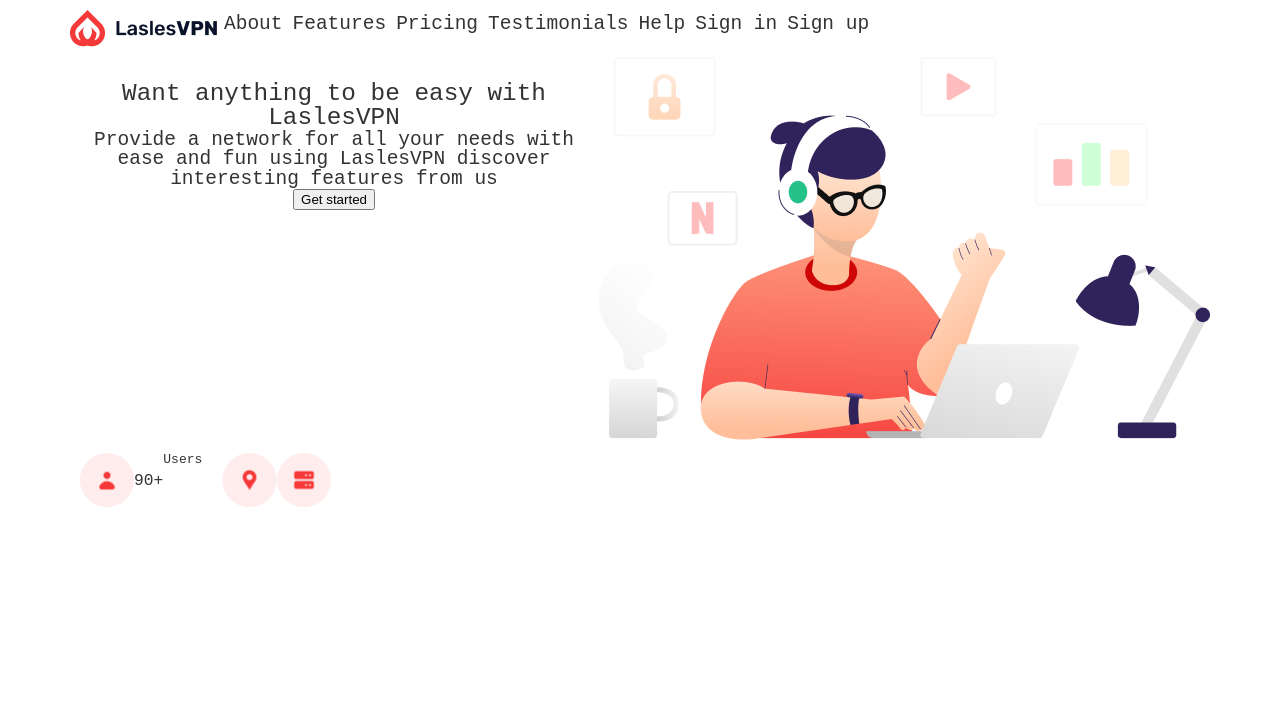
Repository: RaphaelMatheus-br/LP-251123
Page: index.html
These files come from the project's save history. The page is drawn as it stood at one moment and after the next save; the edit follows.
The browser window is 1280 px wide. The pictures show the whole page.

Above is the page before, as saved 2023-11-25 12:27:06.

### index.html
<!DOCTYPE html>
<html lang="en">

<head>
    <meta charset="UTF-8">
    <meta name="viewport" content="width=device-width, initial-scale=1.0">
    <title>Document</title>
    <link rel="stylesheet" href="style.css">
</head>

<body>

<section class="container flex">
    <img src="./imagens/Logo.png" alt="logo">
	<div class="item">About</div>
	<div class="item">Features</div>
	<div class="item">Pricing</div>
	<div class="item">Testimonials</div>
	<div class="item">Help</div>
	<div class="item">Sign in</div>
    <div class="item">Sign up</div>
</section>

<section class="container flex">
    <div class="item">
        <h1 class="sobre__titulo">Want anything to be easy with LaslesVPN</h1>
        <p class="sobre__descricao">Provide a network for all your needs with ease and fun using LaslesVPN discover interesting features from us</p>
        <button class="sobre__botao">Get started</button>
    </div>
    <div class="img">
        <img src="./imagens/Illustration 1.png" alt="ilutracao__1">
    </div>
</section>

<section class="container rectangle">
    <div class="icons">
        <div class="user">
            <img src="./imagens/user.png" alt="user__img">
            <h1 class="sobre__user">90+</h1>
            <p class="p__user">Users</p>
        </div>
	    <img src="./imagens/location.png" alt="location">
	    <img src="./imagens/Server.png" alt="server">
    </div>
</section>

</body>
</html>

### style.css
html, body, div, span, applet, object, iframe,
h1, h2, h3, h4, h5, h6, p, blockquote, pre,
a, abbr, acronym, address, big, cite, code,
del, dfn, em, img, ins, kbd, q, s, samp,
small, strike, strong, sub, sup, tt, var,
b, u, i, center,
dl, dt, dd, ol, ul, li,
fieldset, form, label, legend,
table, caption, tbody, tfoot, thead, tr, th, td,
article, aside, canvas, details, embed,
figure, figcaption, footer, header, hgroup,
menu, nav, output, ruby, section, summary,
time, mark, audio, video {
	margin: 0;
	padding: 0;
	border: 0;
	font-size: 100%;
	font: inherit;
	vertical-align: baseline;
    background: white;
}
/* HTML5 display-role reset for older browsers */
article, aside, details, figcaption, figure,
footer, header, hgroup, menu, nav, section {
	display: block;
}
body {
	line-height: 1;
}

ol, ul {
	list-style: none;
}
blockquote, q {
	quotes: none;
}
blockquote:before, blockquote:after,
q:before, q:after {
	content: '';
	content: none;
}
table {
	border-collapse: collapse;
	border-spacing: 0;
}

.container {
    max-width: 1140px;
    margin: 0 auto;
    position: relative;
    padding-top: 10px;
}

/* Flex */
.flex {
	display: flex;
}

.flex-wrap {
	flex-wrap: wrap;
}

.flex-item-1 {
	flex: 1;
}

/* Flex Item */
.item {
	margin: 5px;
	text-align: center;
	font-size: 1.5em;
}

h1 {
	text-align: center;
	margin: 20px 0 0 0;
	font-size: 1.25em;
	font-weight: normal;
}

body {
	font-family: monospace;
	color: #333;
}

.row {
	display: flex;
}

.rectangle {
display: flex;
width: 1140px;
height: 200px;
flex-shrink: 0;
border-radius: 10px;
background: #FFF;
border-color: gray;
}

.icons {
width: 55px;
height: 55px;
flex-shrink: 0;
display: flex;
}

.user {
display: flex;;
margin-right: 20px;
margin-left: 10px;
}

After the next save:
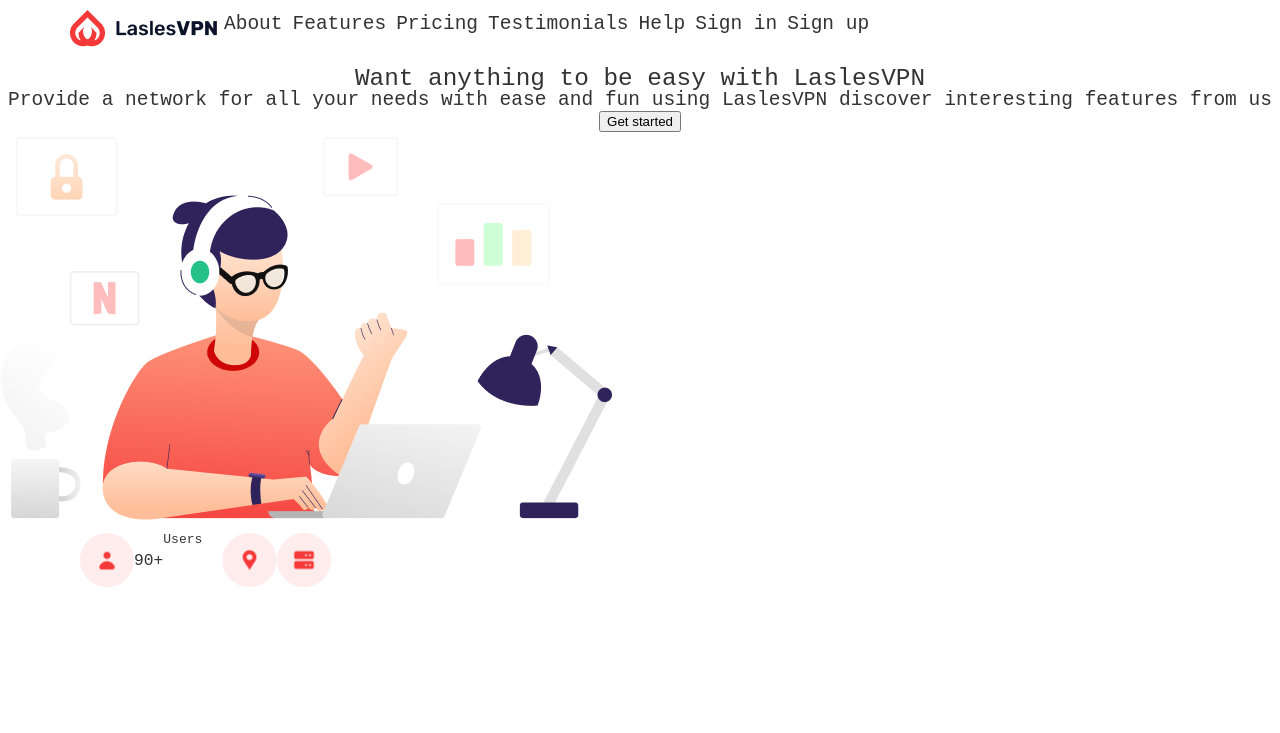
Saved 29 s later.
--- a/index.html
+++ b/index.html
@@ -21,7 +21,7 @@
     <div class="item">Sign up</div>
 </section>
 
-<section class="container flex">
+<section class="container__2">
     <div class="item">
         <h1 class="sobre__titulo">Want anything to be easy with LaslesVPN</h1>
         <p class="sobre__descricao">Provide a network for all your needs with ease and fun using LaslesVPN discover interesting features from us</p>

After the save that followed:
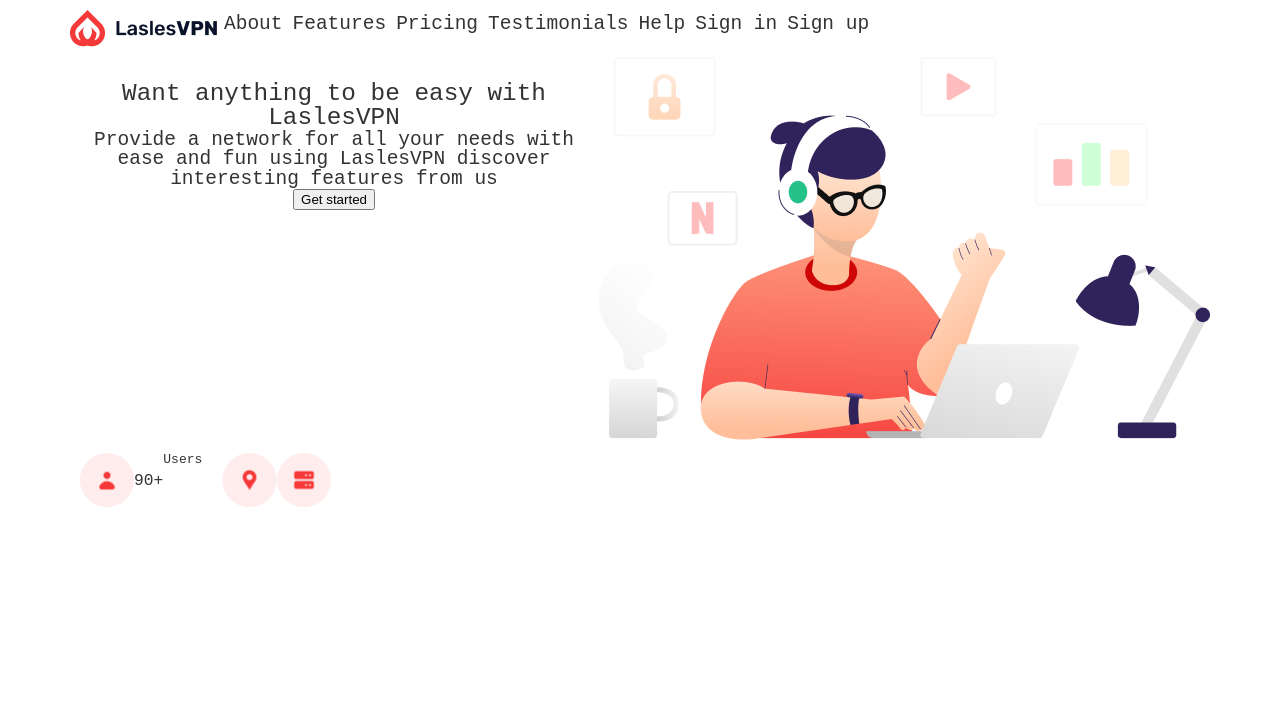
Saved 8 s later.
--- a/index.html
+++ b/index.html
@@ -21,7 +21,7 @@
     <div class="item">Sign up</div>
 </section>
 
-<section class="container__2">
+<section class="container flex">
     <div class="item">
         <h1 class="sobre__titulo">Want anything to be easy with LaslesVPN</h1>
         <p class="sobre__descricao">Provide a network for all your needs with ease and fun using LaslesVPN discover interesting features from us</p>
